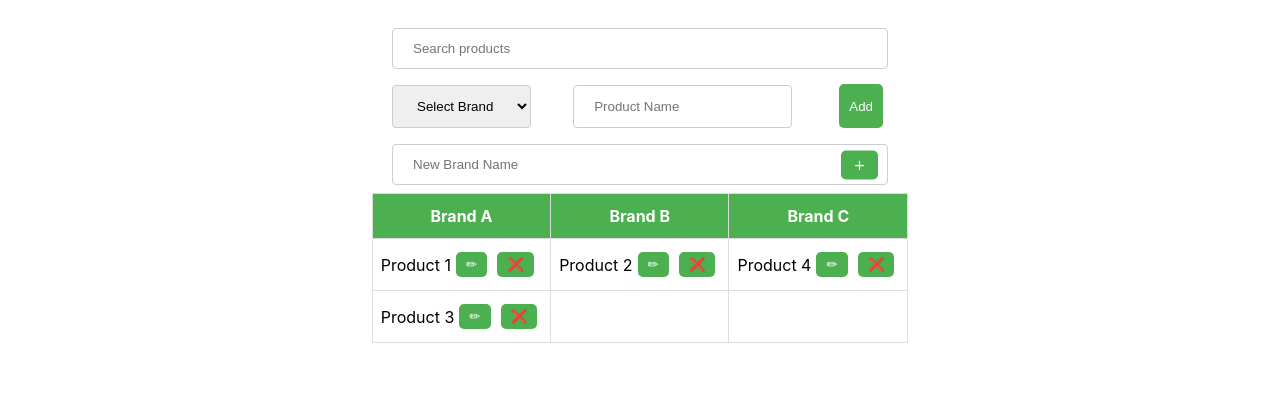
Repository: sunilkc-7/product-manager-app
Page: /
These files come from the project's save history. The page is drawn as it stood at one moment and after the next save; the edit follows.
The browser window is 1280 px wide. The pictures show the whole page.
The project was rebuilt for these pictures with package versions that can differ from the ones it lists, and the page was loaded fresh each time.

Above is the page before, as saved 2023-08-02 21:14:50.

### src/App.js
import React, { useState, useEffect } from "react";
import "./App.css";
import data from "./data/data.json";

function App() {
  const [products, setProducts] = useState(
    data.map((p) => ({ ...p, isEditing: false }))
  );
  const [productName, setProductName] = useState("");
  const [search, setSearch] = useState("");
  const [newBrandName, setNewBrandName] = useState("");
  const [currentBrand, setCurrentBrand] = useState("");
  const [editedName, setEditedName] = useState("");
  const [brandNames, setBrandNames] = useState([]);

  useEffect(() => {
    setBrandNames([...Array.from(new Set(products.map((p) => p.brand)))]);
  }, [products]);

  const addBrand = () => {
    if (newBrandName) {
      setBrandNames([newBrandName, ...brandNames]);
      setNewBrandName("");
    }
  };

  const addProduct = () => {
    if ((currentBrand || newBrandName) && productName) {
      setProducts([
        ...products,
        {
          brand: currentBrand,
          name: productName,
          isEditing: false,
        },
      ]);
      setProductName("");
    }
  };

  const deleteProduct = (productToDelete) => {
    setProducts(products.filter((product) => product !== productToDelete));
  };

  const editProduct = (productToEdit) => {
    setProducts(
      products.map((product) =>
        product === productToEdit ? { ...product, isEditing: true } : product
      )
    );
    setEditedName(productToEdit.name);
  };

  const updateProduct = (productToUpdate) => {
    setProducts(
      products.map((product) =>
        product === productToUpdate
          ? { ...product, name: editedName, isEditing: false }
          : product
      )
    );
  };

  const filteredProducts = products.filter((product) =>
    product.name.toLowerCase().includes(search.toLowerCase())
  );

  const maxProductsInBrand = brandNames.reduce((max, brandName) => {
    const relatedProducts = filteredProducts.filter(
      (p) => p.brand === brandName
    );
    return relatedProducts.length > max ? relatedProducts.length : max;
  }, 0);

  return (
    <div className="App">
      <input
        className="inputSearch"
        type="text"
        value={search}
        onChange={(e) => setSearch(e.target.value)}
        placeholder="Search products"
      />
      <div className="select-container">
        <select
          style={{ maxHeight: "100px", overflow: "auto" }}
          onChange={(e) => setCurrentBrand(e.target.value)}
        >
          <option value="">Select Brand</option>
          {brandNames.map((brandName, index) => (
            <option key={index} value={brandName}>
              {brandName}
            </option>
          ))}
        </select>

        <input
          type="text"
          placeholder="Product Name"
          value={productName}
          onChange={(e) => setProductName(e.target.value)}
        />
        <button className="buttonContainer" onClick={addProduct}>
          Add
        </button>
      </div>
      <div className="inputContainer">
        <input
          className="inputWithButton"
          type="text"
          placeholder="New Brand Name"
          value={newBrandName}
          onChange={(e) => setNewBrandName(e.target.value)}
        />
        <button className="insideButton" onClick={addBrand}>
          +
        </button>
      </div>
      <table>
        <thead>
          <tr>
            {brandNames.map((brandName) => (
              <th key={brandName}>{brandName}</th>
            ))}
          </tr>
        </thead>
        <tbody>
          {Array.from({ length: maxProductsInBrand }, (_, i) => (
            <tr key={i}>
              {brandNames.map((brandName) => {
                const relatedProducts = filteredProducts
                  .filter((p) => p.brand === brandName)
                  .sort((a, b) => a.name.localeCompare(b.name));

                const product = relatedProducts[i];
                return product ? (
                  <td key={product.name}>
                    <div style={{ display: "flex", alignItems: "center" }}>
                      {product.isEditing ? (
                        <input
                          value={editedName}
                          onChange={(e) => setEditedName(e.target.value)}
                        />
                      ) : (
                        <div style={{ whiteSpace: "nowrap" }}>
                          {product.name}
                        </div>
                      )}
                      {product.isEditing ? (
                        <button onClick={() => updateProduct(product)}>
                          Save
                        </button>
                      ) : (
                        <button onClick={() => editProduct(product)}>✏</button>
                      )}
                      <button onClick={() => deleteProduct(product)}>❌</button>
                    </div>
                  </td>
                ) : (
                  <td key={brandName + i}></td>
                );
              })}
            </tr>
          ))}
        </tbody>
      </table>
    </div>
  );
}

export default App;

### src/App.css
:root {
  --button-padding: 5px 10px;
  --button-bg-color: #4caf50;
  --button-hover-bg-color: #45a049;
  --input-padding: 12px 20px;
  --input-border: 1px solid #ccc;
  --input-border-radius: 4px;
}

.App {
  align-items: center;
  display: flex;
  flex-direction: column;
  padding: 20px;
}

table {
  border-collapse: collapse;
  border-spacing: 10px;
  margin-bottom: 20px;
  width: 40%;
}

th,
td {
  border: 1px solid #ddd;
  padding: 8px;
  text-align: center;
}

th {
  background-color: var(--button-bg-color);
  color: white;
  padding-bottom: 12px;
  padding-top: 12px;
}

button {
  background-color: var(--button-bg-color);
  border: none;
  border-radius: 5px;
  color: white;
  cursor: pointer;
  margin: 5px;
  padding: var(--button-padding);
}

button:hover {
  background-color: var(--button-hover-bg-color);
}

input[type="text"],
select {
  border: var(--input-border);
  border-radius: var(--input-border-radius);
  box-sizing: border-box;
  display: inline-block;
  margin: 8px 0;
  padding: var(--input-padding);
}

.inputSearch {
  width: 40%;
}

.inputContainer {
  position: relative;
  width: 40%;
}

.inputWithButton {
  width: 100%;
}

.insideButton {
  cursor: pointer;
  margin: auto;
  position: absolute;
  right: 10px;
  top: 50%;
  transform: translateY(-50%);
  height: 29px;
  width: 37px;
  font-size: 18px;
}

.select-container {
  display: flex;
  flex-wrap: wrap;
  justify-content: space-between;
  width: 40%;
}

.buttonContainer {
  height: 44px;
  margin-top: 7px;
  width: auto;
}

### src/data/data.json
[
  { "brand": "Brand A", "name": "Product 1" },
  { "brand": "Brand B", "name": "Product 2" },
  { "brand": "Brand A", "name": "Product 3" },
  { "brand": "Brand C", "name": "Product 4" }
]

Loaded but not shown: public/index.html (common file); src/index.js (common file); src/index.css (common file); src/reportWebVitals.js (common file)

After the next save:
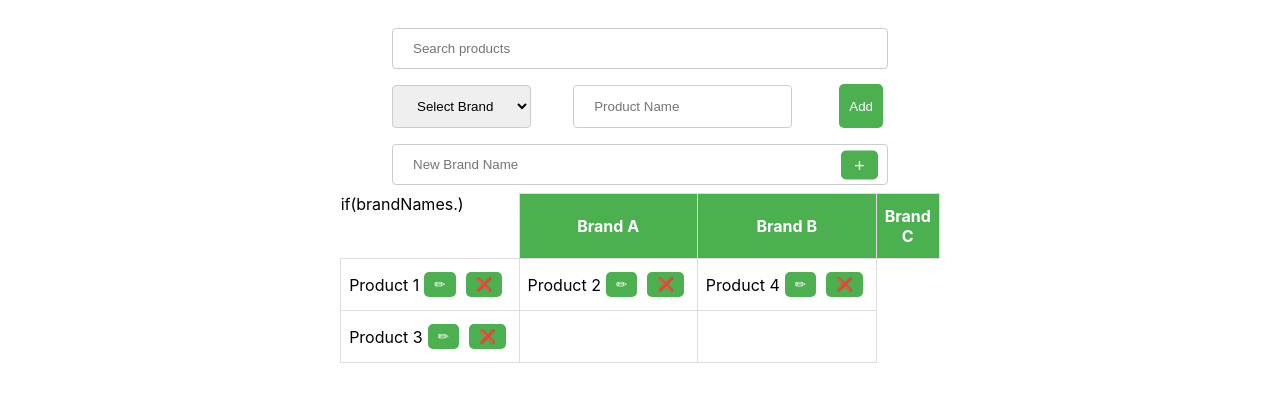
Saved 8 min 17 s later.
--- a/src/App.js
+++ b/src/App.js
@@ -119,6 +119,7 @@
       <table>
         <thead>
           <tr>
+            if(brandNames.){}
             {brandNames.map((brandName) => (
               <th key={brandName}>{brandName}</th>
             ))}

After the save that followed:
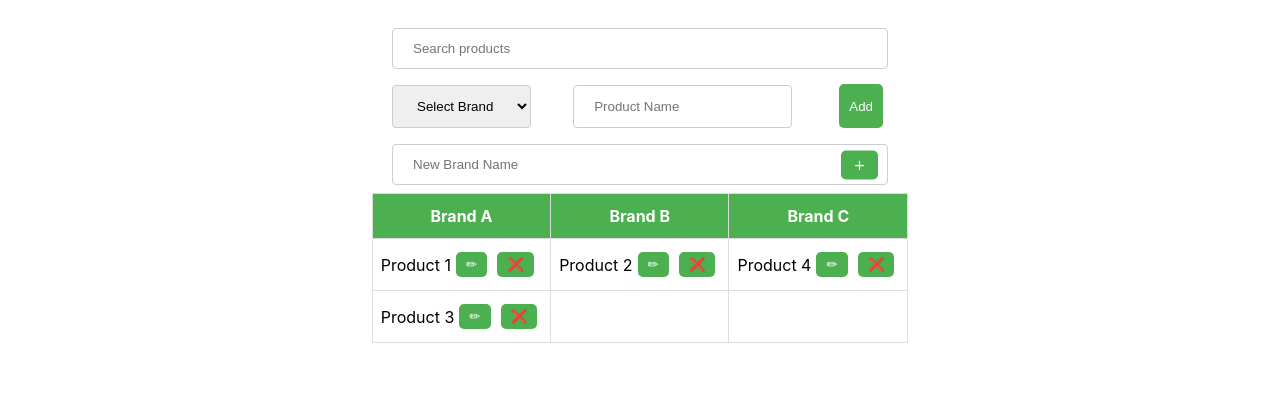
Saved 13 s later.
--- a/src/App.js
+++ b/src/App.js
@@ -119,7 +119,6 @@
       <table>
         <thead>
           <tr>
-            if(brandNames.){}
             {brandNames.map((brandName) => (
               <th key={brandName}>{brandName}</th>
             ))}
